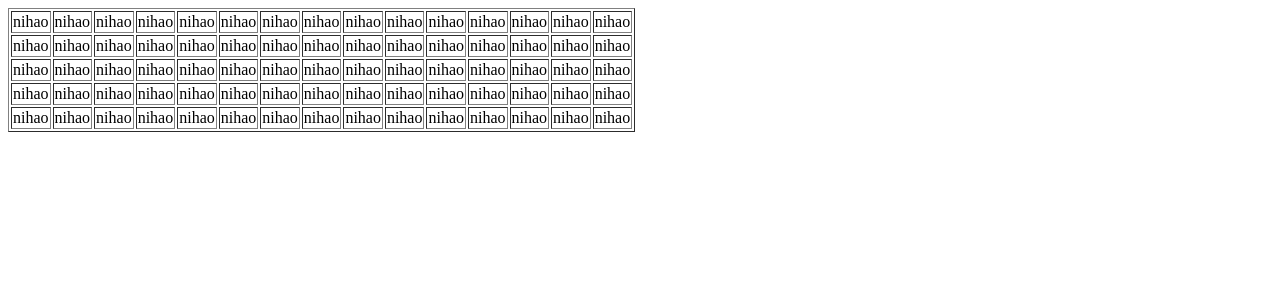
Repository: 728064001/MyProject
Page: http://localhost/CMS/test.jsp
The author's editor kept a copy of each file at every save. The page is drawn from the files as they stood at one save, then again after the next save.
The browser window is 1280 px wide. The pictures show the whole page.
The page is served by Tomcat 9. Other server files are loaded and not shown.

Above is the page before, as saved 2013-08-05 03:45:57.

### cms-server-code/CMS/WebRoot/test.jsp
<%@ page language="java" import="java.util.*" pageEncoding="UTF-8"%>
<%
String path = request.getContextPath();
String basePath = request.getScheme()+"://"+request.getServerName()+":"+request.getServerPort()+path+"/";
%>

<!DOCTYPE HTML PUBLIC "-//W3C//DTD HTML 4.01 Transitional//EN">
<html>
  <head>
    <base href="<%=basePath%>">

    <title>jquery创建表格</title>

	<meta http-equiv="pragma" content="no-cache">
	<meta http-equiv="cache-control" content="no-cache">
	<meta http-equiv="expires" content="0">
	<meta http-equiv="keywords" content="keyword1,keyword2,keyword3">
	<meta http-equiv="description" content="This is my page">
	<!--
	<link rel="stylesheet" type="text/css" href="styles.css">
	-->
		<script type="text/javascript" src="js/jquery-1.10.1.js">	</script>
	</head>

	<body>
		<script type="text/javascript">
	$(function(){
			var dom_table = $("<table></table>");
			dom_table.attr("border","1px");
			dom_table.attr("id","tab");
			$("#tab").css("border-color","red","border-width","1px","border-style","solid");
		    for (var j = 0; j < 5; j++) {
		        var dom_tr = $('<tr></tr>');
		        for (var i = 0; i < 15; i++) {
		            var dom_td = $("<td>nihao</td>");
		            dom_tr.append(dom_td);
		        }
		        dom_table.append(dom_tr);
		    }
		    $("#t").append(dom_table);
	});
		</script>
		<div id="t" ></div>
	</body>
</html>

Loaded but not shown: cms-server-code/CMS/WebRoot/js/jquery-1.10.1.js (library)

After the next save:
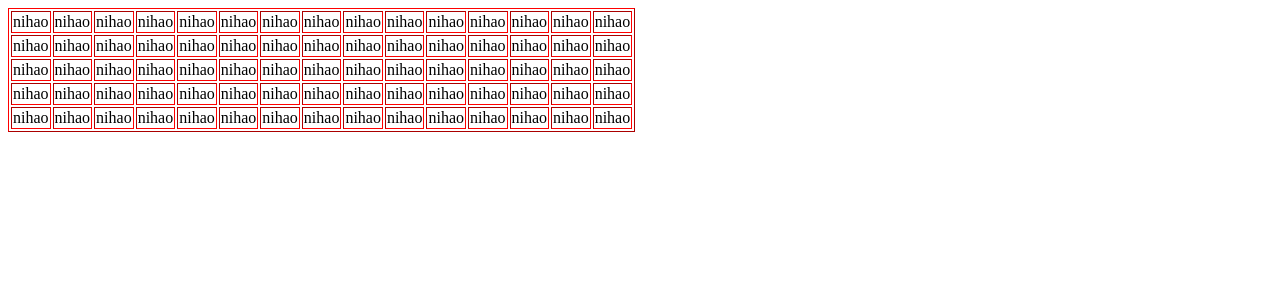
Saved 2 min 40 s later.
--- a/cms-server-code/CMS/WebRoot/test.jsp
+++ b/cms-server-code/CMS/WebRoot/test.jsp
@@ -28,7 +28,7 @@ String basePath = request.getScheme()+"://"+request.getServerName()+":"+request.
 			var dom_table = $("<table></table>");
 			dom_table.attr("border","1px");
 			dom_table.attr("id","tab");
-			$("#tab").css("border-color","red","border-width","1px","border-style","solid");
+			dom_table.css("border-color","red","border-width","1px","border-style","solid");
 		    for (var j = 0; j < 5; j++) {
 		        var dom_tr = $('<tr></tr>');
 		        for (var i = 0; i < 15; i++) {
